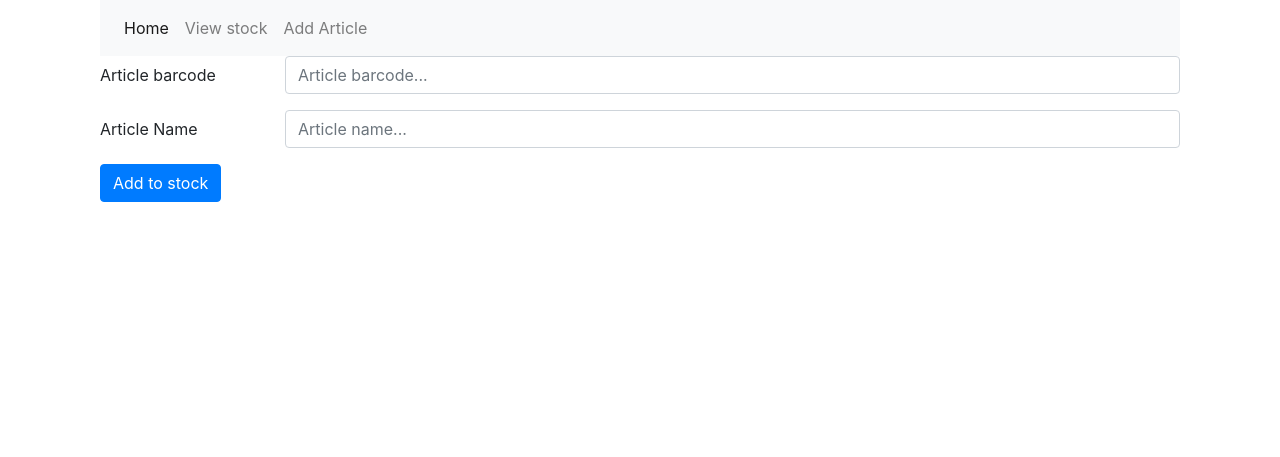
Repository: anischali/StockMangerJeeSwing
Page: http://localhost/GestStock/stockadd
These files come from the project's save history. The page is drawn as it stood at one moment and after the next save; the edit follows.
The browser window is 1280 px wide. The pictures show the whole page.
The page is served by Tomcat 9.

Above is the page before, as saved 2019-04-27 20:51:57.

After the next save:
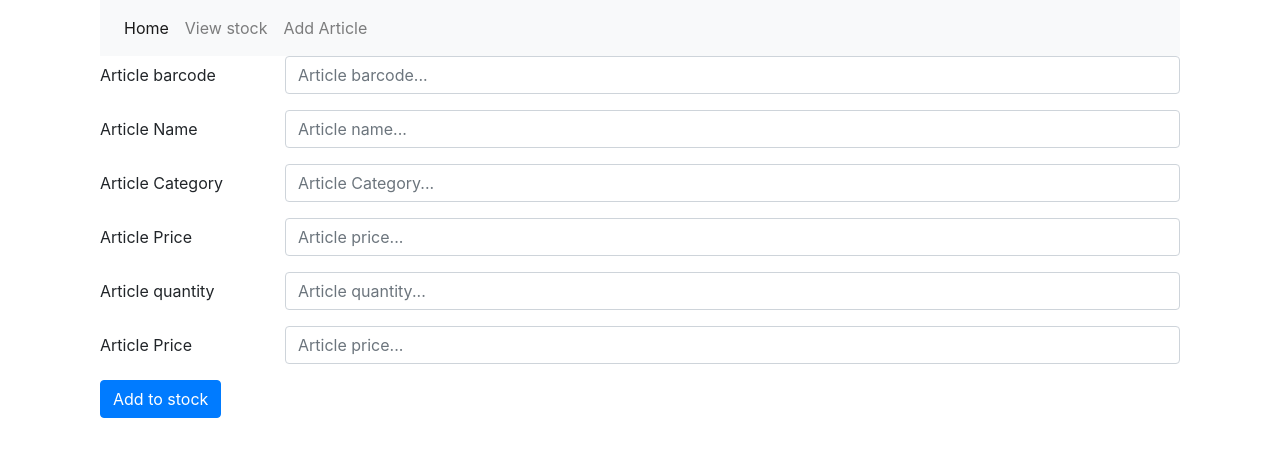
Saved 3 min 57 s later.
--- a/Jee/GestStock/WebContent/WEB-INF/stockadd.jsp
+++ b/Jee/GestStock/WebContent/WEB-INF/stockadd.jsp
@@ -36,6 +36,30 @@
     </div>
   </div>
   <div class="form-group row">
+    <label for="category" class="col-sm-2 col-form-label">Article Category</label>
+    <div class="col-sm-10">
+      <input type="text" class="form-control" id="category" placeholder="Article Category...">
+    </div>
+  </div>
+  <div class="form-group row">
+    <label for="price" class="col-sm-2 col-form-label">Article Price</label>
+    <div class="col-sm-10">
+      <input type="text" class="form-control" id="price" placeholder="Article price...">
+    </div>
+  </div>
+    <div class="form-group row">
+    <label for="quantity" class="col-sm-2 col-form-label">Article quantity</label>
+    <div class="col-sm-10">
+      <input type="text" class="form-control" id="price" placeholder="Article quantity...">
+    </div>
+  </div>
+    <div class="form-group row">
+    <label for="price" class="col-sm-2 col-form-label">Article Price</label>
+    <div class="col-sm-10">
+      <input type="text" class="form-control" id="price" placeholder="Article price...">
+    </div>
+  </div>
+  <div class="form-group row">
     <div class="col-sm-10">
       <button type="submit" class="btn btn-primary">Add to stock</button>
     </div>
